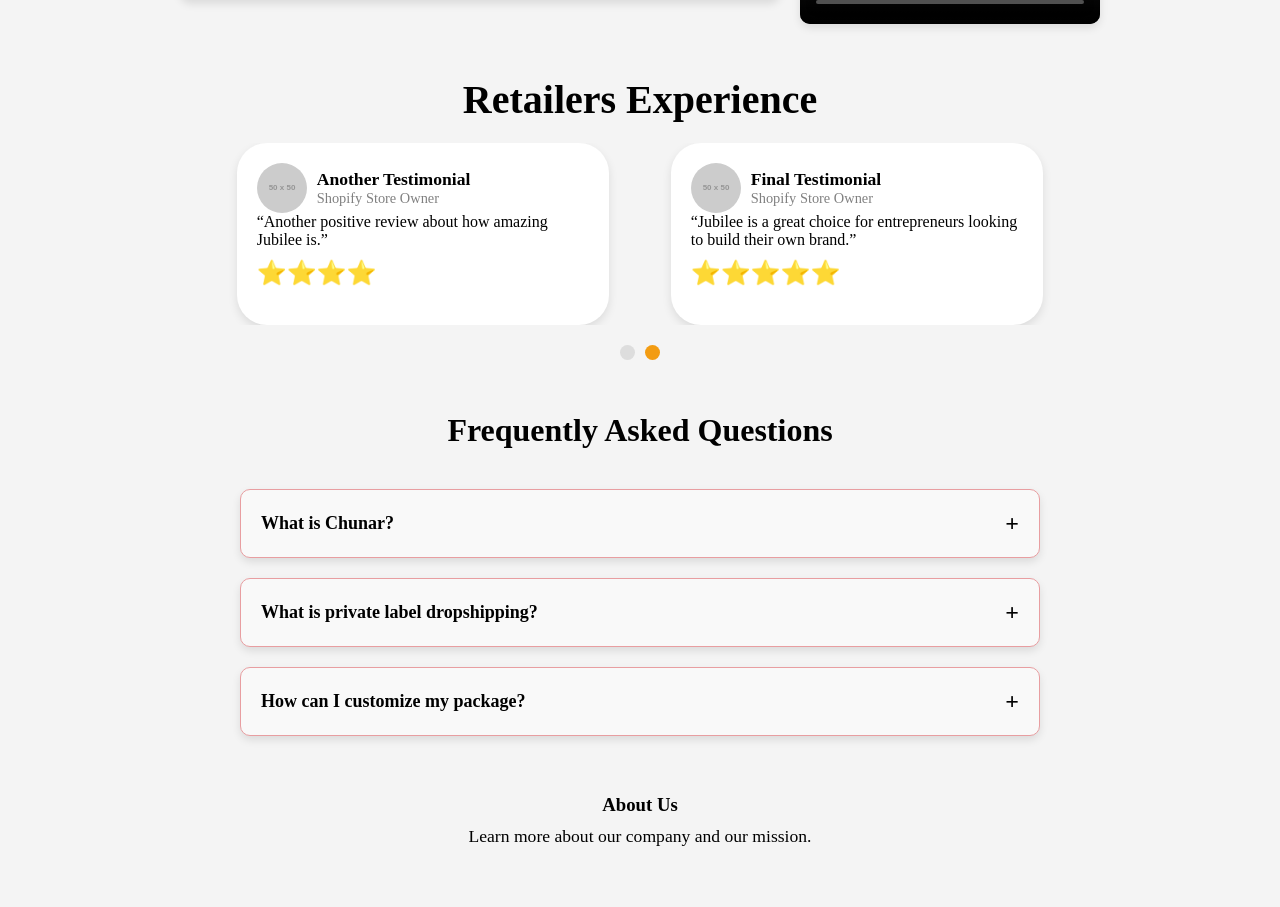
Repository: Nn-Exe/chunar-ecommerce
Page: / (app in ecommerce-frontend/)
An editor plug-in stored every save of this project. The page is shown before and after the next save, followed by the edit.
The browser window is 1280 px wide. The pictures show the part of the page from y = 1232 to 2139 px (the page is 2139 px tall).
Pictures or frames that could not be fetched are drawn as grey boxes. The page's requests for data from a server got no answer. The project was rebuilt for these pictures with package versions that can differ from the ones it lists, and the page was loaded fresh each time. No one was signed in, and anything a server would have sent is missing. Also part of the build but not shown: ecommerce-frontend/src/components/SocialMedia.js.

Above is the page before, as saved 2024-09-12 12:58:07.

### ecommerce-frontend/src/App.js
import React, { useState, useEffect } from 'react';
import './App.css';
import { BrowserRouter as Router, Route, Routes } from 'react-router-dom';  // Importing React Router
import Navbar from './components/Navbar';  // Correct way to import default export
import HeroSection from './components/HeroSection';  // Correct way to import default export
import ProductList from './components/ProductList';  // Correct way to import default export
import Faq from './components/Faq';  // Import the Faq component from the components folder
import TestimonialCarousel from './components/TestimonialCarousel';
import SocialMedia from './components/SocialMedia';
import VideoGrid from './components/VideoGrid';


// Home page component (the default view)
function Home({ products }) {
  return (
    <div className="home-page">
      {/* Hero Section */}
      <div className="hero-container">
        <HeroSection />
      </div>

      {/* Featured Products Section */}
      <section className="products-section">
        <div className="section-header">
          <h2>Featured Products</h2>
        </div>

        <div className="product-grid">
          <ProductList products={products} />
        </div>
      </section>

      <br />

      {/* FAQ Section */}

      <VideoGrid/>
      <TestimonialCarousel />
      <Faq />  {/* Using the imported Faq component */}

      {/* Add more sections here */}

      <br />

      <section className="about-section">
        <div className="about-content">
          <h3>About Us</h3>
          <p>Learn more about our company and our mission.</p>
        </div>
      </section>
    </div>
  );
}

<SocialMedia />

function Contacts() {
  return <h2>Contacts Page</h2>;
}

// function SocialMedia() {
//   // External link can be opened using an anchor tag, so no need for a separate page.
//   window.location.href = "https://linktr.ee/chunar.co";  // Redirect to external social media page
//   return null;
// }

function App() {
  const [products, setProducts] = useState([]);

  useEffect(() => {
    fetch('http://localhost:5000/api/products')
      .then((response) => response.json())
      .then((data) => setProducts(data))
      .catch((error) => console.error('Error fetching products:', error));
  }, []);

  return (
    <Router>
      <div className="App">
        <header className="App-header">
          <h1>Chunar.Co</h1>
          <Navbar />
        </header>

        <Routes>
          {/* Home page route */}
          <Route path="/" element={<Home products={products} />} />

          {/* Other pages */}
          <Route path="/SocialMedia" element={<SocialMedia />} />
          <Route path="/contacts" element={<Contacts />} />

          {/* Redirect to external social media link
          <Route path="/social-media" element={<SocialMedia />} /> */}
        </Routes>
      </div>
    </Router>
  );
}

export default App;

### ecommerce-frontend/src/App.css
/* Global for entire app */

* {
  font-family: 'Times New Roman', Times, serif;
}

/* .border-pink-pastel {
  --border: #f9a8d4;
} */


/* ------------- Main Structure ------------ */

.App-header {
  background-color: white;
  color: black;
  padding: 20px;
  text-align: center;
}

nav ul {
  list-style-type: none;
  padding: 0;
  margin: 0;
  display: flex;
  justify-content: center;
  gap: 20px;
}

nav ul li a {
  color: black;
  text-decoration: none;
  font-size: 16px;
}

.hero {
  position: relative;
  text-align: center;
}

.hero-banner {
  width: 100%;
  height: 700px;
  object-fit: cover;
}

.hero-text {
  position: absolute;
  top: 50%;
  left: 50%;
  transform: translate(-50%, -50%);
  color: white;
  font-size: 24px;
  font-weight: bold;
}

.products {
  padding: 40px;
  text-align: center;
}

.product-list {
  display: grid;
  grid-template-columns: repeat(5, 1fr);
  gap: 20px;
}

.product-card {
  border: 1px solid #ddd;
  padding: 20px;
  text-align: center;
  transition: transform 0.3s;
  border-radius: 20px;
  border-color: #e89ea1;
}

.product-card img {
  max-width: 100%;
  height: auto;
  margin-bottom: 10px;
}

.product-card:hover {
  transform: scale(1.05);
}


.product-card img {
  width: 200px;
  height: 200px;
  object-fit: cover;   /* Ensures the image covers the given area */
  border-radius: 10px; /* Optional: adds rounded corners */
}



/* ----------- Home Div -------------- */

/* App.css */

.home-page {
  display: flex;
  flex-direction: column;
  align-items: center;
}

/* Hero Section */
.hero-container {
  width: 100%;
  margin-bottom: 20px;
}

/* Products Section */
.products-section {
  width: 80%;
  margin: 0 auto;
}

.section-header h2 {
  text-align: center;
  font-size: 2rem;
  margin-bottom: 20px;
}

/* About Section */
.about-section {
  background-color: #f4f4f4;
  padding: 40px;
  width: -webkit-fill-available;
  text-align: center;
}

.about-section h3 {
  margin-bottom: 10px;
}

.about-section p {
  font-size: 1.1rem;
}


/* ----------- FAQ Section ---------------- */


/* Center the FAQ section */
.faq-section {
  max-width: 800px; /* Set a larger max-width for the entire FAQ section */
  width: 100%;      /* Ensure it takes up 100% of the available width */
  margin: 0 auto;   /* Center the FAQ section on the page */
  text-align: center;
}

/* Style the header separately */
.faq-section h2 {
  font-size: 32px;
  margin-bottom: 40px;
}

/* Grid layout for the FAQ items (excluding the header) */
.faq-items {
  display: grid;
  grid-template-columns: 1fr; /* One column layout */
  gap: 20px; /* Space between the FAQ items */
}

/* Style each FAQ item */
.faq-item {
  border: 1px solid #ddd;
  border-radius: 10px;
  width: 100%; /* Make the FAQ item take up 100% of the container */
  background-color: #f9f9f9;
  box-shadow: 0 4px 8px rgba(0, 0, 0, 0.1);
  transition: transform 0.5s ease-in-out, background-color 330ms ease-in-out, box-shadow 330ms ease-in-out;
  overflow: hidden; /* Ensure content is hidden initially */
  border-color: #e89ea1;
}

/* Box hover effect */
.faq-item:hover {
  box-shadow: 0 6px 12px rgba(0, 0, 0, 0.1);
  background-color: #f1f1f1;
}

/* Active FAQ item */
.faq-item.active {
  background-color: #ececec;
}

/* Style the FAQ question (clickable area) */
.faq-question {
  padding: 20px;
  cursor: pointer;
  display: flex;
  justify-content: space-between;
  align-items: center;
  font-weight: bold;
  font-size: 18px;
  width: 100%; /* Full width for the question area */
  box-sizing: border-box;
}

/* Style the FAQ answer */
.faq-answer {
  padding: 0 20px;
  overflow: hidden;
  max-height: 0;
  opacity: 0;
  transition: max-height 0.5s ease, opacity 0.5s ease;
  width: 100%; /* Full width for the answer area */
  box-sizing: border-box;
}

/* When the FAQ item is active, show the answer with a smooth transition */
.faq-item.active .faq-answer {
  max-height: 500px;
  opacity: 1;
  padding-bottom: 20px;
}

/* Style the icon for toggling */
.icon {
  font-size: 24px;
  font-weight: bold;
  transition: transform 0.3s ease;
}

.faq-item.active .icon {
  transform: rotate(45deg);
}

/* -----------  TestimonialCarousel ------------- */


/* Style for the testimonial section */
.testimonial-section {
  text-align: center;
  /* max-width: 800px; */
  margin: 0 auto;
  padding: 50px 0;
  padding-bottom: 3rem;
  padding-top: 3rem;
  width: 70%
}

.testimonial-section h2 {
  font-size: 2.5rem;
  margin-bottom: 20px;
}

/* Carousel container */
.carousel {
  display: flex;
  overflow: hidden;
  max-width: 100%; /* Ensure full width */
  margin: 0 auto;
}

.carousel-inner {
  display: flex;
  transition: transform 0.5s ease-in-out;
  width: calc(200% * 2); /* Width for two testimonials per slide */
}

/* Each card wrapper for two cards per slide */
.testimonial-card-wrapper {
  display: flex;
  flex: 0 0 50%; /* Each card takes 50% of the slide width */
  box-sizing: border-box;
  padding: 0 10px;
}

/* Testimonial card styling */
.testimonial-card {
  background-color: #fff;
  padding: 20px;
  border-radius: 30px;
  box-shadow: 0 4px 10px rgba(0, 0, 0, 0.1);
  text-align: left;
  margin: 0 auto;
  width: 90%;
  height: 100%;
  position: center;
  border-color: #e89ea1;
}

.profile {
  display: flex;
  align-items: center;
}

.profile img {
  border-radius: 50%;
  margin-right: 10px;
}

.profile-details h4 {
  font-size: 1.1rem;
  margin: 0;
}

.profile-details p {
  font-size: 0.9rem;
  color: gray;
}

.stars {
  font-size: 1.5rem;
  color: #f39c12;
  margin-top: 10px;
}

/* Navigation dots */
.dots {
  margin-top: 20px;
}

.dot {
  height: 15px;
  width: 15px;
  margin: 0 5px;
  background-color: #ddd;
  border-radius: 50%;
  display: inline-block;
  cursor: pointer;
}

.active {
  background-color: #f39c12;
}


/* --------------- VideoGrid -------------------- */

* {
  margin: 0;
  padding: 0;
  box-sizing: border-box;
}

body {
  font-family: Arial, sans-serif;
  background-color: #f4f4f4;
  padding: 20px;
}

.grid-container {
  display: grid;
  grid-template-columns: 2fr 1fr;
  gap: 20px;
  max-width: 1200px;
  margin: 0 auto;
}

.large-item {
  position: relative;
}

.small-items {
  display: flex;
  flex-direction: column;
  gap: 20px;
}

.small-item {
  position: relative;
}

.grid-video {
  width: 100%;
  height: auto;
  border-radius: 10px;
  box-shadow: 0 4px 8px rgba(0, 0, 0, 0.1);
}

/* .dot {
  position: absolute;
  width: 20px;
  height: 20px;
  background-color: white;
  border-radius: 50%;
  border: 2px solid black;
  cursor: pointer;
} */

/* Responsive Design */
@media (max-width: 768px) {
  .grid-container {
    grid-template-columns: 1fr;
  }
}

### ecommerce-frontend/src/components/Navbar.js
import React from 'react';
import { Link } from 'react-router-dom';

function Navbar() {
  return (
    <nav>
      <ul>
        <li><Link to="/">Home</Link></li>  {/* Links to the home page */}
        <li><Link to="/SocialMedia">Social Media</Link></li>  {/* Links to the live page */}
        {/* <li><a href="https://linktr.ee/chunar.co" target="_blank" rel="noopener noreferrer">Social Media</a></li> Opens external link in new tab */}
        <li><Link to="/contacts">Contacts</Link></li>  {/* Links to the contacts page */}
      </ul>
    </nav>
  );
}

export default Navbar;

### ecommerce-frontend/src/components/HeroSection.js
import React from 'react';

function HeroSection() {
  return (
    <section className="hero">
      <img src="https://raw.githubusercontent.com/Nn-Exe/chunar-images/master/banner/chunar%20banner.png" alt="Banner" className="hero-banner" />
      <div className="hero-text">
        {/* <h2>Three things cannot be long hidden: The Sun, The Moon, and The Truth.</h2> */}
      </div>
    </section>
  );
}

export default HeroSection;  // Ensure you have this line

### ecommerce-frontend/src/components/ProductList.js
import React from 'react';

function ProductList({ products }) {
  return (
    <div className="product-list">
      {products.length === 0 ? (
        <p>Loading products...</p>
      ) : (
        products.map((product) => (
          <div key={product.id} className="product-card">
              <img
                src={product.image}
                alt={product.name}
                className="product-image"
              />
            <h3>{product.name}</h3>
            <p>{product.description}</p>
            <p>{product.price} ฿</p>
          </div>
        ))
      )}
    </div>
  );
}

export default ProductList;

### ecommerce-frontend/src/components/Faq.js
import React, { useState } from 'react';

const Faq = () => {
  const [activeIndex, setActiveIndex] = useState(null);

  const toggleFaq = (index) => {
    setActiveIndex(activeIndex === index ? null : index);
  };

  return (
    <div className="faq-section">
      <h2>Frequently Asked Questions</h2>

      <div className="faq-items"> {/* Grid layout for the items */}
        <div className={`faq-item ${activeIndex === 0 ? 'active' : ''}`}>
          <div className="faq-question" onClick={() => toggleFaq(0)}>
            <span>What is Chunar?</span>
            <span className="icon">{activeIndex === 0 ? '-' : '+'}</span>
          </div>
          {activeIndex === 0 && (
            <div className="faq-answer">
              <p>Chunar is a dropshipping marketplace that lets you build your own cosmetic and skincare line with minimal upfront costs...</p>
            </div>
          )}
        </div>

        <div className={`faq-item ${activeIndex === 1 ? 'active' : ''}`}>
          <div className="faq-question" onClick={() => toggleFaq(1)}>
            <span>What is private label dropshipping?</span>
            <span className="icon">{activeIndex === 1 ? '-' : '+'}</span>
          </div>
          {activeIndex === 1 && (
            <div className="faq-answer">
              <p>Private label dropshipping allows you to sell products from suppliers with your own branding...</p>
            </div>
          )}
        </div>

        <div className={`faq-item ${activeIndex === 2 ? 'active' : ''}`}>
          <div className="faq-question" onClick={() => toggleFaq(2)}>
            <span>How can I customize my package?</span>
            <span className="icon">{activeIndex === 2 ? '-' : '+'}</span>
          </div>
          {activeIndex === 2 && (
            <div className="faq-answer">
              <p>Private labeling is a great way to showcase your brand...</p>
            </div>
          )}
        </div>
      </div>
    </div>
  );
};

export default Faq;

### ecommerce-frontend/src/components/TestimonialCarousel.js
import React, { useState, useEffect } from 'react';


const TestimonialCarousel = () => {
  const [currentSlide, setCurrentSlide] = useState(0);

  const testimonials = [
    {
      name: 'Supisara Permsuk',
      title: 'Chunar.Co Store Owner',
      text: '“I can’t say enough good things about Chunar. Our dropshipping model is efficient, and the product quality is excellent...”',
      stars: 5,
    },
    {
      name: 'Supapis Permsuk',
      title: 'Chunar.Co Store Owner',
      text: '“Starting my own beauty brand seemed daunting, but Jubilee made it incredibly easy. The customization options are fantastic...”',
      stars: 5,
    },
    {
      name: 'Another Testimonial',
      title: 'Shopify Store Owner',
      text: '“Another positive review about how amazing Jubilee is.”',
      stars: 4,
    },
    {
      name: 'Final Testimonial',
      title: 'Shopify Store Owner',
      text: '“Jubilee is a great choice for entrepreneurs looking to build their own brand.”',
      stars: 5,
    }
  ];

  // Calculate the number of slides needed (two testimonials per slide)
  const totalSlides = Math.ceil(testimonials.length / 2);

  // Auto-slide functionality
  useEffect(() => {
    const interval = setInterval(() => {
      setCurrentSlide((prevSlide) => (prevSlide + 1) % totalSlides);
    }, 4000); // Slide every 4 seconds
    return () => clearInterval(interval); // Cleanup interval on component unmount
  }, [totalSlides]);

  // Function to move the slides manually
  const moveSlide = (index) => {
    setCurrentSlide(index);
  };

  return (
    <div className="testimonial-section">
      <h2>Retailers Experience</h2>
      <div className="carousel">
        <div
          className="carousel-inner"
          style={{
            transform: `translateX(-${currentSlide * 100}%)`, // Move by 100% per slide
          }}
        >
          {testimonials.map((testimonial, index) => (
            <div className="testimonial-card-wrapper" key={index}>
              <div className="testimonial-card">
                <div className="profile">
                  <img
                    src="https://via.placeholder.com/50"
                    alt="Profile"
                  />
                  <div className="profile-details">
                    <h4>{testimonial.name}</h4>
                    <p>{testimonial.title}</p>
                  </div>
                </div>
                <p>{testimonial.text}</p>
                <div className="stars">
                  {'⭐'.repeat(testimonial.stars)}
                </div>
              </div>
            </div>
          ))}
        </div>
      </div>

      {/* Dots for navigation */}
      <div className="dots">
        {[...Array(totalSlides)].map((_, index) => (
          <span
            key={index}
            className={`dot ${index === currentSlide ? 'active' : ''}`}
            onClick={() => moveSlide(index)}
          ></span>
        ))}
      </div>
    </div>
  );
};

export default TestimonialCarousel;

### ecommerce-frontend/src/components/VideoGrid.js
import React from 'react';

const VideoGrid = () => {
  return (
    <div className="grid-container">
      {/* Large video on the left */}
      <div className="large-item">
        <video className="grid-video" controls>
          <source src="large-video.mp4" type="video/mp4" />
          Your browser does not support the video tag.
        </video>
        {/* Dots */}
        {/* <div className="dot" style={{ top: '50%', left: '40%' }}></div>
        <div className="dot" style={{ top: '70%', left: '60%' }}></div>
        <div className="dot" style={{ top: '90%', left: '20%' }}></div> */}
      </div>

      {/* Two smaller videos on the right */}
      <div className="small-items">
        <div className="small-item">
          <video className="grid-video" controls>
            <source src="small-video1.mp4" type="video/mp4" />
            Your browser does not support the video tag.
          </video>
          {/* Dots */}
          {/* <div className="dot" style={{ top: '40%', left: '30%' }}></div>
          <div className="dot" style={{ top: '60%', left: '60%' }}></div> */}
        </div>

        <div className="small-item">
          <video className="grid-video" controls>
            <source src="small-video2.mp4" type="video/mp4" />
            Your browser does not support the video tag.
          </video>
          {/* Dots */}
          {/* <div className="dot" style={{ top: '50%', left: '40%' }}></div>
          <div className="dot" style={{ top: '70%', left: '60%' }}></div> */}
        </div>
      </div>
    </div>
  );
};

export default VideoGrid;

Loaded but not shown: ecommerce-frontend/public/index.html (common file); ecommerce-frontend/src/index.js (common file); ecommerce-frontend/src/index.css (common file); ecommerce-frontend/src/reportWebVitals.js (common file)

After the next save:
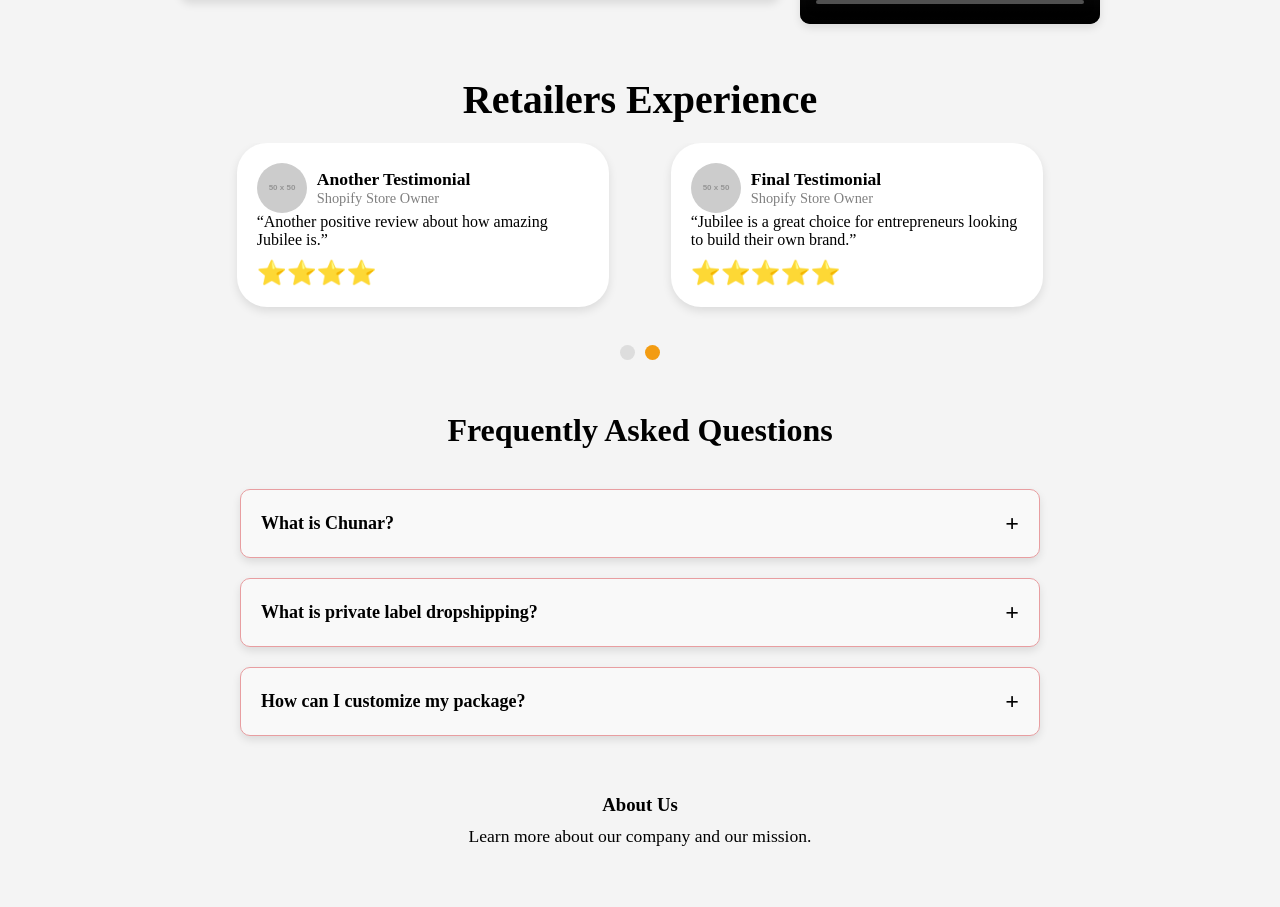
Saved 8 s later.
--- a/ecommerce-frontend/src/App.css
+++ b/ecommerce-frontend/src/App.css
@@ -278,7 +278,7 @@ nav ul li a {
   text-align: left;
   margin: 0 auto;
   width: 90%;
-  height: 100%;
+  height: 90%;
   position: center;
   border-color: #e89ea1;
 }
